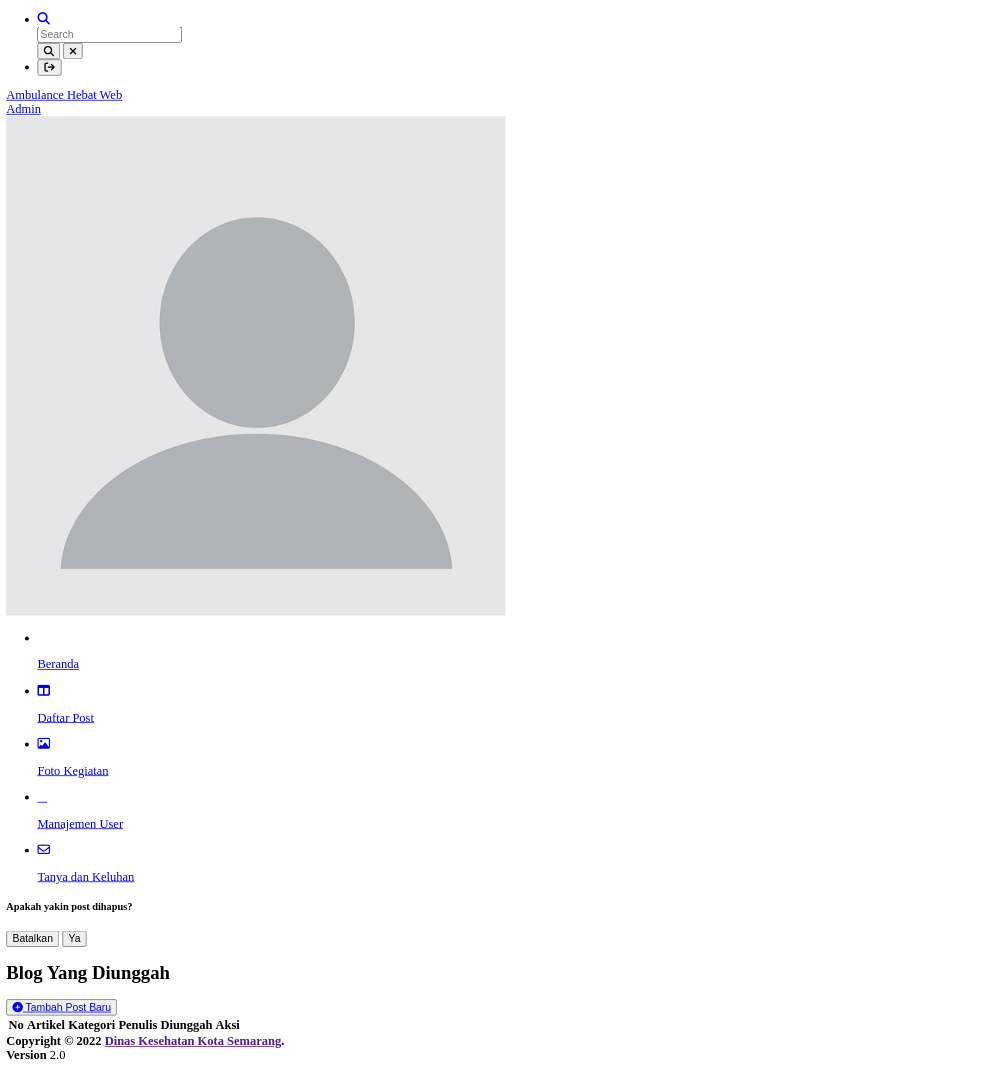
Repository: roningrum/admin-aha
Page: resources/views/dashboard/post/posts.blade.php
These files come from the project's save history. The page is drawn as it stood at one moment and after the next save; the edit follows.
The browser window is 1280 px wide. The pictures show the whole page, at 78% of full size.
Some icons come from a web library that is not loaded, so they are not drawn. Some web fonts or font styles are not loaded; a fallback is used. Some web libraries are served in a nearby version. The page is served by the project's Laravel application, run on PHP 8.4 with Laravel 8. Other server files are loaded and not shown. The template is opened directly, without the code that normally fills it, so the values that code supplies are empty.

Above is the page before, as saved 2022-11-23 14:14:24.
Console error: ReferenceError: $ is not defined

### routes/web.php
<?php

use App\Http\Controllers\DashboardPostController;
use Illuminate\Support\Facades\Route;
use SebastianBergmann\CodeCoverage\Report\Html\Dashboard;

/*
|--------------------------------------------------------------------------
| Web Routes
|--------------------------------------------------------------------------
|
| Here is where you can register web routes for your application. These
| routes are loaded by the RouteServiceProvider within a group which
| contains the "web" middleware group. Now create something great!
|
*/

Route::get('/','AuthController@dashboard')->middleware('cek_login');


//Route Login
Route::get('login','AuthController@index')->name('login');
Route::post('proses_login','AuthController@proses_login')->name('proses_login');
Route::get ('logout','AuthController@logout')->name('logout');

//Auth
//auth -> admin || editor

Route::group(['middleware'=>['auth']], function(){
    Route::group(['middleware'=>['cek_login:admin']], function(){
        Route::get('admin', 'AuthController@dashboard')->name('admin');

    });
    Route::group(['middleware'=>['cek_login:editor']], function(){
        Route::get('editor', 'AuthController@dashboard')->name('editor');
    });
});
Route::prefix('dashboard')->middleware(['auth'])->group(function(){
    Route::resource('posts', '\App\Http\Controllers\DashboardPostController');
    Route::resource('galeri', '\App\Http\Controllers\ImageGalleryController');

});

### resources/views/dashboard/post/posts.blade.php
@extends('dashboard.layouts.main-layout')
@section('content')

<form action="/dashboard/posts/{{ $post->slug }}"method="post" class="d-inline">
    <div class="modal-body">
        @method('delete')
        @csrf
        <h5>Apakah yakin post {{ $post->title }} dihapus?</h5>
    </div>
    <div class="modal-footer">
        <button type="button" class="btn btn-secondary" data-dismiss="moda">Batalkan</button>
        <button class="btn btn-danger">Ya</button>
    </div>
    {{-- <button class="btn btn-danger"onclick="return confirm('Yakin Ingin Menghapus?')"><i class="far fa-trash-alt"></i></button> --}}

</form>
    <div class="content-wrapper">
        <!-- Content Header (Page header) -->
        <section class="content-header">
            <div class="container-fluid">
                <div class="row">
                    <div class="col-lg-12">
                        <div class="card">
                            <div class="card-body">
                                <div class="row">
                                    <div class="col-sm-6">
                                        <h1 class="mb-3">Blog Yang Diunggah</h1>
                                        <button type="button" class="btn bg-primary my-3">
                                            <a href="/dashboard/posts/create">
                                                <i class="fa-solid fa-circle-plus"></i>
                                                Tambah Post Baru
                                            </a>
                                        </button>
                                    </div>
                                </div>

                                <table class="table table-bordered table-striped dataTable col-lg-10">
                                    <thead>
                                        <tr>
                                            <th style="width: 10px">No</th>
                                            <th>Artikel</th>
                                            <th>Kategori</th>
                                            <th>Penulis</th>
                                            <th>Diunggah</th>
                                            <th>Aksi</th>
                                        </tr>
                                    </thead>
                                    <tbody>
                                        @foreach ($posts as $post)
                                            <tr>
                                                <td>{{ $loop->iteration }}</td>
                                                <td>{{ $post->title }}</td>
                                                <td>{{ $post->category->name }}</td>
                                                <td>{{ $post->user->name }}</td>
                                                <td>{{\Carbon\Carbon::parse($post->published_at)->diffForHumans() }}</td>
                                                <td>
                                                    <button type="button" class="btn bg-info">
                                                        <a href="/dashboard/posts/{{ $post->slug }}">
                                                            <i class="fa-solid fa-eye"></i>
                                                        </a>
                                                    </button>
                                                    <a href="/dashboard/posts/{{ $post->slug }}/edit">
                                                        <button type="button" class="btn btn-warning"><i class="fas fa-edit"></i>
                                                        </button>
                                                    </a>

                                                    <button class="btn btn-danger deletePost" value="{{ $post->slug }}"><i class="far fa-trash-alt"></i></button>


                                                </td>
                                            </tr>
                                        @endforeach
                                    </tbody>
                                </table>
                            </div>
                        </div>
                    </div>
                </div>

            </div><!-- /.container-fluid -->
        </section>
        <div class="container">

        </div>


    </div>
    <script>
        // $(document).ready(function() {
        //     $("#success-alert").hide();
        //     $("#success-alert").fadeTo(2000, 500).slideUp(500, function() {
        //             $("#success-alert").slideUp(500);
        //         });
        // });
        $(document).ready(function(){
        $('.deletePost').click(function(e){
            e.preventDefault();

            var slug = $(this).val();
            $('#deleteModal').modal('show');
        });
    });
    </script>
@endsection

### resources/views/dashboard/layouts/main-layout.blade.php
<!DOCTYPE html>
<html lang="en">

<head>
    <meta charset="utf-8">
    <meta name="viewport" content="width=device-width, initial-scale=1">
    <meta name="csrf" content="{{ csrf_token() }}">
    <title>Beranda Admin</title>

    <!-- Google Font: Source Sans Pro -->
    <link href="https://fonts.googleapis.com/css2?family=Mulish:wght@300;400&display=swap" rel="stylesheet">
    <!-- Font Awesome -->
    <link rel="stylesheet" href="/plugins/fontawesome-free/css/all.min.css">
    <link rel="stylesheet" href=" https://site-assets.fontawesome.com/releases/v6.1.1/css/all.css">
    <!-- Ionicons -->
    <link rel="stylesheet" href="https://code.ionicframework.com/ionicons/2.0.1/css/ionicons.min.css">
    <!-- Tempusdominus Bootstrap 4 -->
    <link rel="stylesheet" href="/plugins/tempusdominus-bootstrap-4/css/tempusdominus-bootstrap-4.min.css">
    <!-- iCheck -->
    <link rel="stylesheet" href="/plugins/icheck-bootstrap/icheck-bootstrap.min.css">
    <!-- JQVMap -->
    <link rel="stylesheet" href="/plugins/jqvmap/jqvmap.min.css">
    <!-- Theme style -->
    <link rel="stylesheet" href="/css/adminlte.css">
    <link rel="stylesheet" href="/css/custom.css">
    <!-- overlayScrollbars -->
    <link rel="stylesheet" href="/plugins/overlayScrollbars/css/OverlayScrollbars.min.css">
    <!-- Daterange picker -->
    <link rel="stylesheet" href="/plugins/daterangepicker/daterangepicker.css">
    <!-- summernote -->
    <link rel="stylesheet" href="/plugins/summernote/summernote-bs4.min.css">
    {{-- trix --}}
    <link rel="stylesheet" type="text/css" href="/css/trix.css">
    {{-- toast --}}
    <link href="/css/toastr.css" rel="stylesheet">

    <style type="text/css" href="/css/custom.css"></style>
    <style>
        trix-toolbar [data-trix-button-group="file-tools"] {
            display: none;
        }
    </style>

</head>

<body class="hold-transition sidebar-mini layout-fixed">
    <div class="wrapper">


        {{-- @include('sweetalert::alert') --}}

        <!-- Navbar -->
        @include('dashboard.partials.navbar-main')
        <!-- /.navbar -->

        <!-- Main Sidebar Container -->
        @include('dashboard.partials.sidebar-menu')

        <!-- Content Wrapper. Contains page content -->
        @yield('content')

        <!-- /.content-wrapper -->
        @include('dashboard.partials.footer-main')

        <!-- Control Sidebar -->
        <aside class="control-sidebar control-sidebar-dark">
            <!-- Control sidebar content goes here -->
        </aside>
        <!-- /.control-sidebar -->
    </div>
    <!-- ./wrapper -->

    <!-- jQuery -->
    <script src='/plugins/jquery/jquery.min.js'></script>
    <!-- jQuery UI 1.11.4 -->
    <script src='/plugins/jquery-ui/jquery-ui.min.js'></script>
    <!-- Resolve conflict in jQuery UI tooltip with Bootstrap tooltip -->
    <script>
        $.widget.bridge('uibutton', $.ui.button)
    </script>
    <!-- Bootstrap 4 -->
    <script src='/plugins/bootstrap/js/bootstrap.bundle.min.js'></script>
    <!-- Sparkline -->
    <script src='/plugins/sparklines/sparkline.js'></script>
    <!-- jQuery Knob Chart -->
    <script src='/plugins/jquery-knob/jquery.knob.min.js'></script>
    <!-- daterangepicker -->
    <script src='/plugins/moment/moment.min.js'></script>
    <script src='/plugins/daterangepicker/daterangepicker.js'></script>
    <!-- Tempusdominus Bootstrap 4 -->
    <script src='/plugins/tempusdominus-bootstrap-4/js/tempusdominus-bootstrap-4.min.js'></script>
    <!-- Summernote -->
    <script src='/plugins/summernote/summernote-bs4.min.js'></script>
    <!-- overlayScrollbars -->
    <script src='/plugins/overlayScrollbars/js/jquery.overlayScrollbars.min.js'></script>
    <!-- AdminLTE App -->
    <script src='/js/adminlte.js'></script>
    <script type="text/javascript" src='/js/trix.js'></script>
    <script src='/js/toastr.js'></script>
    {{-- Page specific script --}}
    <script>
        $(function() {
            // Summernote
            $('#summernote').summernote()
        })
    </script>
</body>

</html>

### resources/views/dashboard/partials/navbar-main.blade.php
<nav class="main-header navbar navbar-expand navbar-white navbar-light">

    <!-- Right navbar links -->
    <ul class="navbar-nav ml-auto">
      <!-- Navbar Search -->
      <li class="nav-item">
        <a class="nav-link" data-widget="navbar-search" href="#" role="button">
          <i class="fas fa-search"></i>
        </a>
        <div class="navbar-search-block">
          <form class="form-inline">
            <div class="input-group input-group-sm">
              <input class="form-control form-control-navbar" type="search" placeholder="Search" aria-label="Search">
              <div class="input-group-append">
                <button class="btn btn-navbar" type="submit">
                  <i class="fas fa-search"></i>
                </button>
                <button class="btn btn-navbar" type="button" data-widget="navbar-search">
                  <i class="fas fa-times"></i>
                </button>
              </div>
            </div>
          </form>
        </div>
      </li>
      <li class="nav-item">
        <form action="{{ url('logout') }}">
          @csrf
          <button type="submit" class="btn btn-primary">
            <i class="fa-solid fa-arrow-right-from-bracket"></i>
          </button>
        </form>
      </li>
    </ul>
  </nav>

### resources/views/dashboard/partials/sidebar-menu.blade.php
<aside class="main-sidebar sidebar-dark-primary">
    <!-- Brand Logo -->
    <a href="/dashboard" class="brand-link">
       <span class="brand-text font-weight-light">Ambulance Hebat Web<br>Admin</span>
    </a>

    <!-- Sidebar -->
    <div class="sidebar">
      <!-- Sidebar user panel (optional) -->
      <div class="user-panel mt-3 pb-3 mb-3 d-flex">
        <div class="image">
          <img src="{{ asset('img/user.png') }}" class="img-circle elevation-2" alt="User Image">
        </div>
        <div class="info">
          @auth
          <a href="#" class="d-block">Halo, {{ auth()->user()->name }}</a>
          @endauth
        </div>
      </div>

      <!-- Sidebar Menu -->
      <nav class="mt-2">
        <ul class="nav nav-pills nav-sidebar flex-column" role="menu" data-accordion="false">
          <!-- Add icons to the links using the .nav-icon class
               with font-awesome or any other icon font library -->
          <li class="nav-item menu-open">
            <a href="/" class="nav-link {{ Request::is('/') ? 'active':'' }}">
              <i class="nav-icon fa fa-duotone fa-house-blank"></i>
              <p>Beranda</p>
              {{-- <p>
                Beranda
              </p> --}}
            </a>
          </li>
          {{-- <li class="nav-item">
            <a href="/dashboard/posts/create" class="nav-link {{ Request::is('dashboard/posts/create') ? 'active':'' }}">
              <i class="nav-icon fas fa-edit"></i>
              <p>
                Buat Post
              </p>
            </a>
          </li> --}}
          <li class="nav-item">
            <a href="{{ route('posts.index') }}" class="nav-link {{ (request()->is('dashboard/posts/*')) ? 'active':'' }}">
              <i class="nav-icon fas fa-columns"></i>
              <p>
                Daftar Post
              </p>
            </a>
          </li>
          <li class="nav-item">
            <a href="{{ route('galeri.index') }}" class="nav-link {{ Request::is('dashboard/galeri/*') ? 'active':'' }}">
              <i class="nav-icon far fa-image"></i>
              <p>
                Foto Kegiatan
              </p>
            </a>
          </li>

          <li class="nav-item">
            <a href="#" class="nav-link">
              <i class="fa-duotone fa-users"></i>
              <p>
                Manajemen User
              </p>
            </a>
          </li>

          <li class="nav-item">
            <a href="/daftar-feedback" class="nav-link {{ Request::is('daftar-feedback') ? 'active':'' }}">
              <i class="nav-icon far fa-envelope"></i>
              <p>
                Tanya dan Keluhan
              </p>
            </a>
          </li>
        </ul>
      </nav>
      <!-- /.sidebar-menu -->
    </div>
    <!-- /.sidebar -->
  </aside>

### resources/views/dashboard/partials/footer-main.blade.php
<footer class="main-footer">
    <strong>Copyright &copy; 2022 <a href="">Dinas Kesehatan Kota Semarang</a>.</strong>
    <div class="float-right d-none d-sm-inline-block">
      <b>Version</b> 2.0
    </div>
  </footer>

### public/css/custom.css
trix-toolbar [data-trix-button-group="file-tools"]{
    display: none;
}

### public/css/toastr.css
.toast-title {
  font-weight: bold;
}
.toast-message {
  -ms-word-wrap: break-word;
  word-wrap: break-word;
}
.toast-message a,
.toast-message label {
  color: #FFFFFF;
}
.toast-message a:hover {
  color: #CCCCCC;
  text-decoration: none;
}
.toast-close-button {
  position: relative;
  right: -0.3em;
  top: -0.3em;
  float: right;
  font-size: 20px;
  font-weight: bold;
  color: #FFFFFF;
  -webkit-text-shadow: 0 1px 0 #ffffff;
  text-shadow: 0 1px 0 #ffffff;
  opacity: 0.8;
  -ms-filter: progid:DXImageTransform.Microsoft.Alpha(Opacity=80);
  filter: alpha(opacity=80);
  line-height: 1;
}
.toast-close-button:hover,
.toast-close-button:focus {
  color: #000000;
  text-decoration: none;
  cursor: pointer;
  opacity: 0.4;
  -ms-filter: progid:DXImageTransform.Microsoft.Alpha(Opacity=40);
  filter: alpha(opacity=40);
}
.rtl .toast-close-button {
  left: -0.3em;
  float: left;
  right: 0.3em;
}
/*Additional properties for button version
 iOS requires the button element instead of an anchor tag.
 If you want the anchor version, it requires `href="#"`.*/
button.toast-close-button {
  padding: 0;
  cursor: pointer;
  background: transparent;
  border: 0;
  -webkit-appearance: none;
}
.toast-top-center {
  top: 0;
  right: 0;
  width: 100%;
}
.toast-bottom-center {
  bottom: 0;
  right: 0;
  width: 100%;
}
.toast-top-full-width {
  top: 0;
  right: 0;
  width: 100%;
}
.toast-bottom-full-width {
  bottom: 0;
  right: 0;
  width: 100%;
}
.toast-top-left {
  top: 12px;
  left: 12px;
}
.toast-top-right {
  top: 12px;
  right: 12px;
}
.toast-bottom-right {
  right: 12px;
  bottom: 12px;
}
.toast-bottom-left {
  bottom: 12px;
  left: 12px;
}
#toast-container {
  position: fixed;
  z-index: 999999;
  pointer-events: none;
  /*overrides*/
}
#toast-container * {
  -moz-box-sizing: border-box;
  -webkit-box-sizing: border-box;
  box-sizing: border-box;
}
#toast-container > div {
  position: relative;
  pointer-events: auto;
  overflow: hidden;
  margin: 0 0 6px;
  padding: 15px 15px 15px 50px;
  width: 300px;
  -moz-border-radius: 3px 3px 3px 3px;
  -webkit-border-radius: 3px 3px 3px 3px;
  border-radius: 3px 3px 3px 3px;
  background-position: 15px center;
  background-repeat: no-repeat;
  -moz-box-shadow: 0 0 12px #999999;
  -webkit-box-shadow: 0 0 12px #999999;
  box-shadow: 0 0 12px #999999;
  color: #FFFFFF;
  opacity: 0.8;
  -ms-filter: progid:DXImageTransform.Microsoft.Alpha(Opacity=80);
  filter: alpha(opacity=80);
}
#toast-container > div.rtl {
  direction: rtl;
  padding: 15px 50px 15px 15px;
  background-position: right 15px center;
}
#toast-container > div:hover {
  -moz-box-shadow: 0 0 12px #000000;
  -webkit-box-shadow: 0 0 12px #000000;
  box-shadow: 0 0 12px #000000;
  opacity: 1;
  -ms-filter: progid:DXImageTransform.Microsoft.Alpha(Opacity=100);
  filter: alpha(opacity=100);
  cursor: pointer;
}
#toast-container > .toast-info {
  background-image: url("data:[embedded picture, 742 characters]") !important;
}
#toast-container > .toast-error {
  background-image: url("data:[embedded picture, 782 characters]") !important;
}
#toast-container > .toast-success {
  background-image: url("data:[embedded picture, 482 characters]") !important;
}
#toast-container > .toast-warning {
  background-image: url("data:[embedded picture, 710 characters]") !important;
}
#toast-container.toast-top-center > div,
#toast-container.toast-bottom-center > div {
  width: 300px;
  margin-left: auto;
  margin-right: auto;
}
#toast-container.toast-top-full-width > div,
#toast-container.toast-bottom-full-width > div {
  width: 96%;
  margin-left: auto;
  margin-right: auto;
}
.toast {
  background-color: #030303;
}
.toast-success {
  background-color: #51A351;
}
.toast-error {
  background-color: #BD362F;
}
.toast-info {
  background-color: #2F96B4;
}
.toast-warning {
  background-color: #F89406;
}
.toast-progress {
  position: absolute;
  left: 0;
  bottom: 0;
  height: 4px;
  background-color: #000000;
  opacity: 0.4;
  -ms-filter: progid:DXImageTransform.Microsoft.Alpha(Opacity=40);
  filter: alpha(opacity=40);
}
/*Responsive Design*/
@media all and (max-width: 240px) {
  #toast-container > div {
    padding: 8px 8px 8px 50px;
    width: 11em;
  }
  #toast-container > div.rtl {
    padding: 8px 50px 8px 8px;
  }
  #toast-container .toast-close-button {
    right: -0.2em;
    top: -0.2em;
  }
  #toast-container .rtl .toast-close-button {
    left: -0.2em;
    right: 0.2em;
  }
}
@media all and (min-width: 241px) and (max-width: 480px) {
  #toast-container > div {
    padding: 8px 8px 8px 50px;
    width: 18em;
  }
  #toast-container > div.rtl {
    padding: 8px 50px 8px 8px;
  }
  #toast-container .toast-close-button {
    right: -0.2em;
    top: -0.2em;
  }
  #toast-container .rtl .toast-close-button {
    left: -0.2em;
    right: 0.2em;
  }
}
@media all and (min-width: 481px) and (max-width: 768px) {
  #toast-container > div {
    padding: 15px 15px 15px 50px;
    width: 25em;
  }
  #toast-container > div.rtl {
    padding: 15px 50px 15px 15px;
  }
}

Loaded but not shown: public/js/adminlte.js (3069 lines, source omitted); public/js/toastr.js (476 lines, source omitted); public/css/trix.css (562 lines, source omitted)

After the next save:
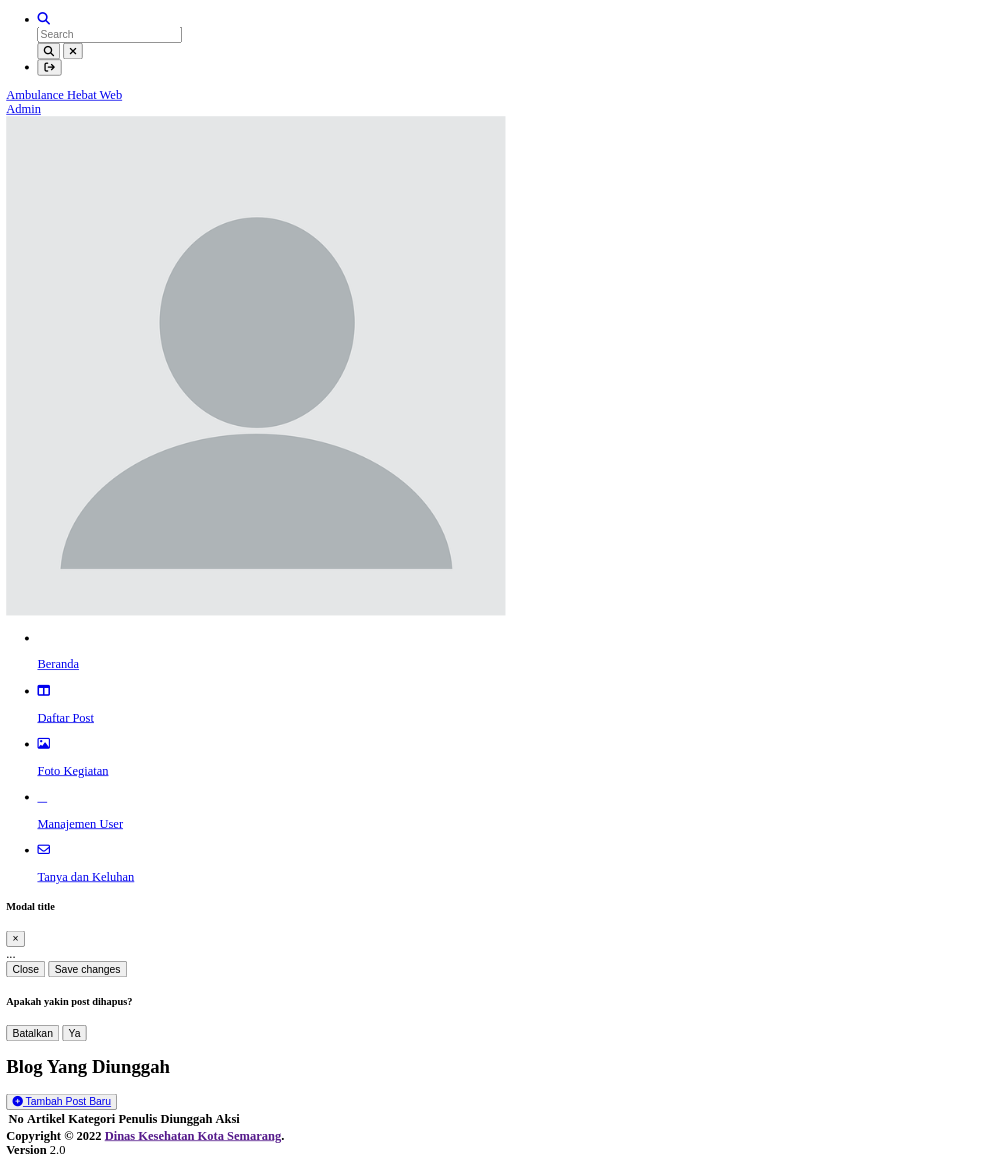
Saved 14 s later.
--- a/resources/views/dashboard/post/posts.blade.php
+++ b/resources/views/dashboard/post/posts.blade.php
@@ -1,5 +1,25 @@
 @extends('dashboard.layouts.main-layout')
 @section('content')
+
+<div class="modal fade" id="exampleModal" tabindex="-1" role="dialog" aria-labelledby="exampleModalLabel" aria-hidden="true">
+    <div class="modal-dialog" role="document">
+      <div class="modal-content">
+        <div class="modal-header">
+          <h5 class="modal-title" id="exampleModalLabel">Modal title</h5>
+          <button type="button" class="close" data-dismiss="modal" aria-label="Close">
+            <span aria-hidden="true">&times;</span>
+          </button>
+        </div>
+        <div class="modal-body">
+          ...
+        </div>
+        <div class="modal-footer">
+          <button type="button" class="btn btn-secondary" data-dismiss="modal">Close</button>
+          <button type="button" class="btn btn-primary">Save changes</button>
+        </div>
+      </div>
+    </div>
+  </div>
 
 <form action="/dashboard/posts/{{ $post->slug }}"method="post" class="d-inline">
     <div class="modal-body">
